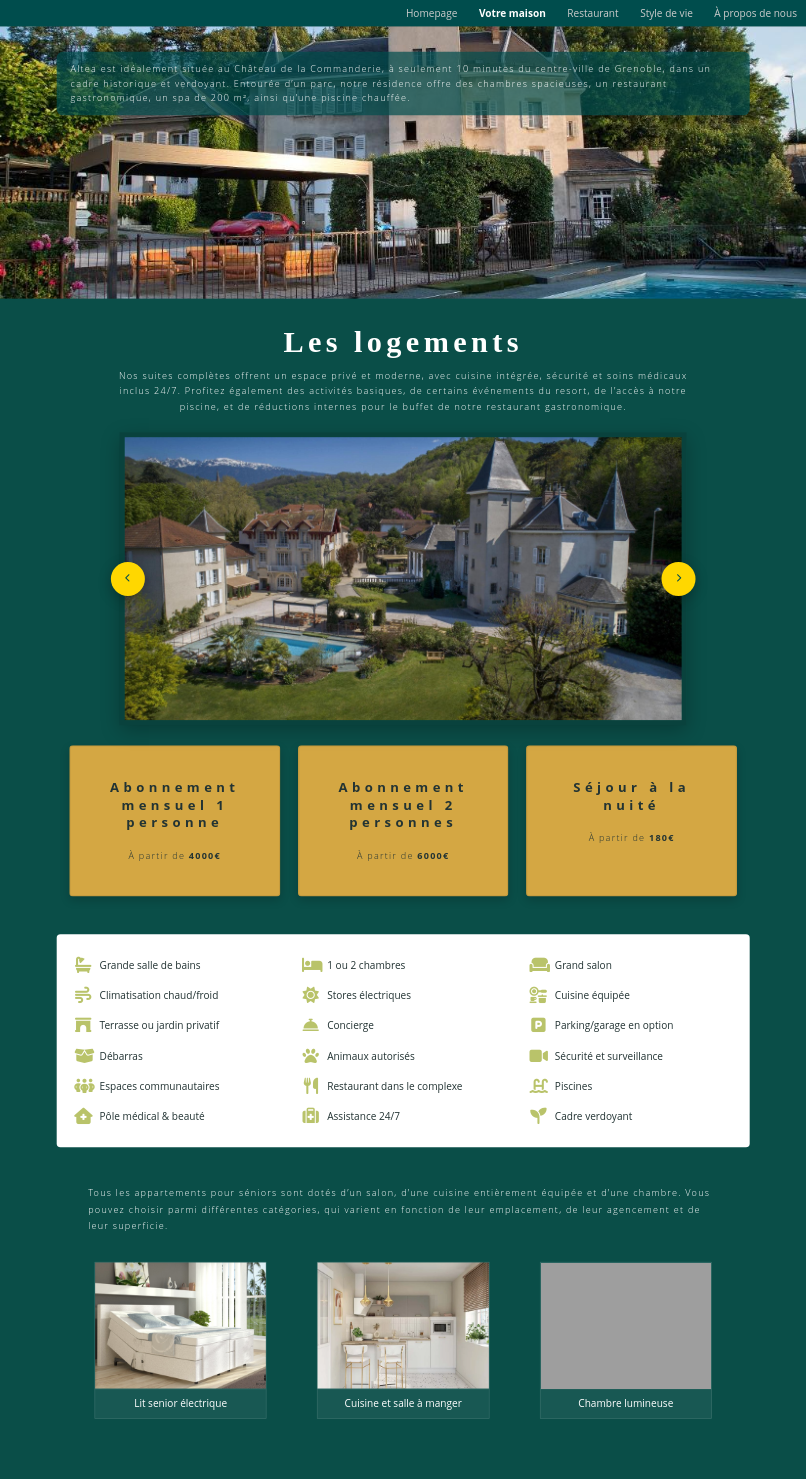
Repository: Rahimzeeeer/alteaaaa
Page: maison.html
The author's editor kept a copy of each file at every save. The page is drawn from the files as they stood at one save, then again after the next save.
The browser window is 1280 px wide. The pictures show the whole page, at 63% of full size.
Pictures or frames that could not be fetched are drawn as grey boxes.

Above is the page before, as saved 2025-08-12 17:35:23.

After the next save:
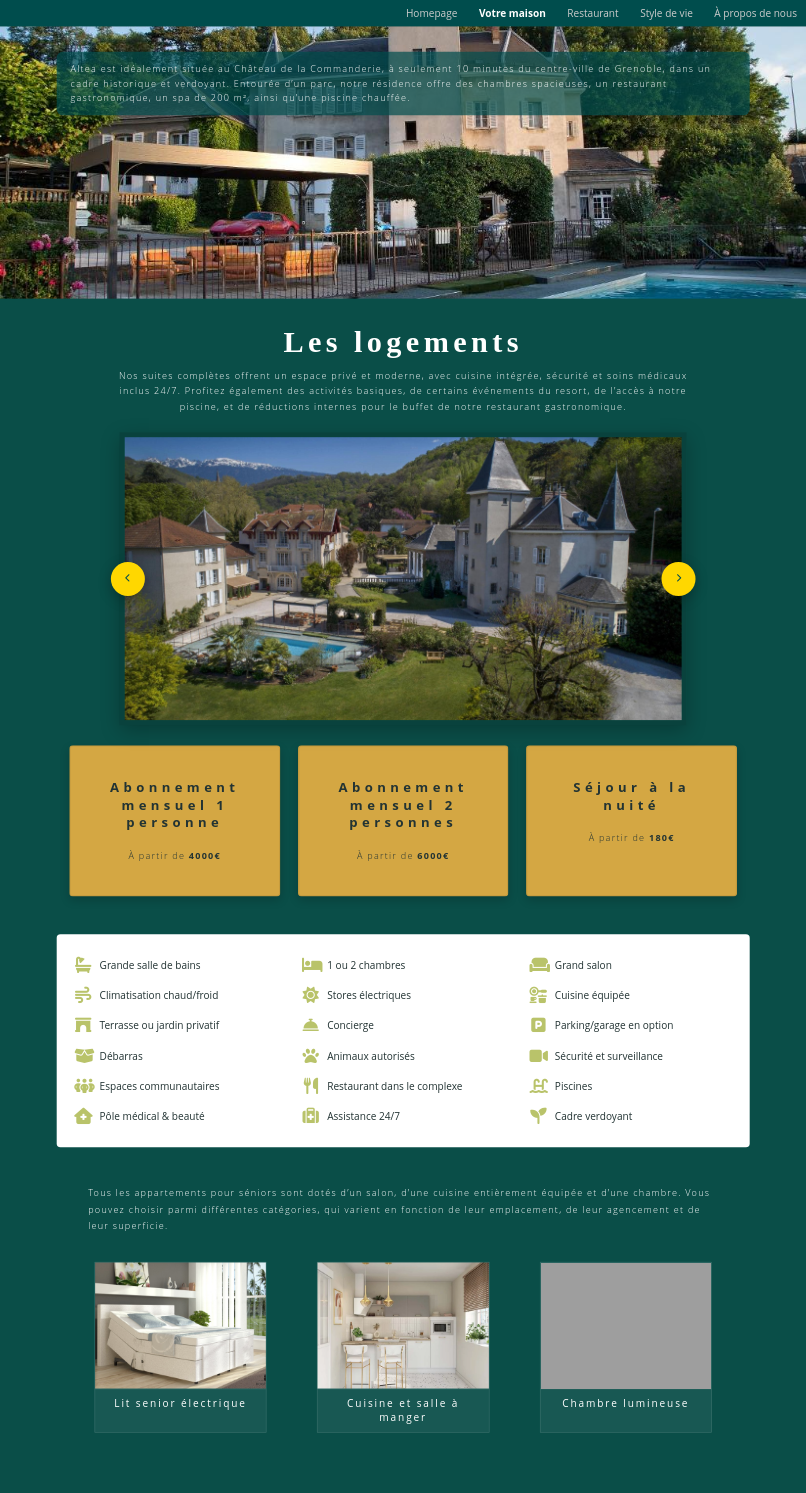
Saved 97 s later.
--- a/style.css
+++ b/style.css
@@ -484,6 +484,7 @@ body{
   text-align: center;
   padding: 12px 10px;
   font-family: 'Open sans', sans-serif;
+  letter-spacing: 3px;
   border-top: 1px solid rgba(255,255,255,.15);
 }
 
